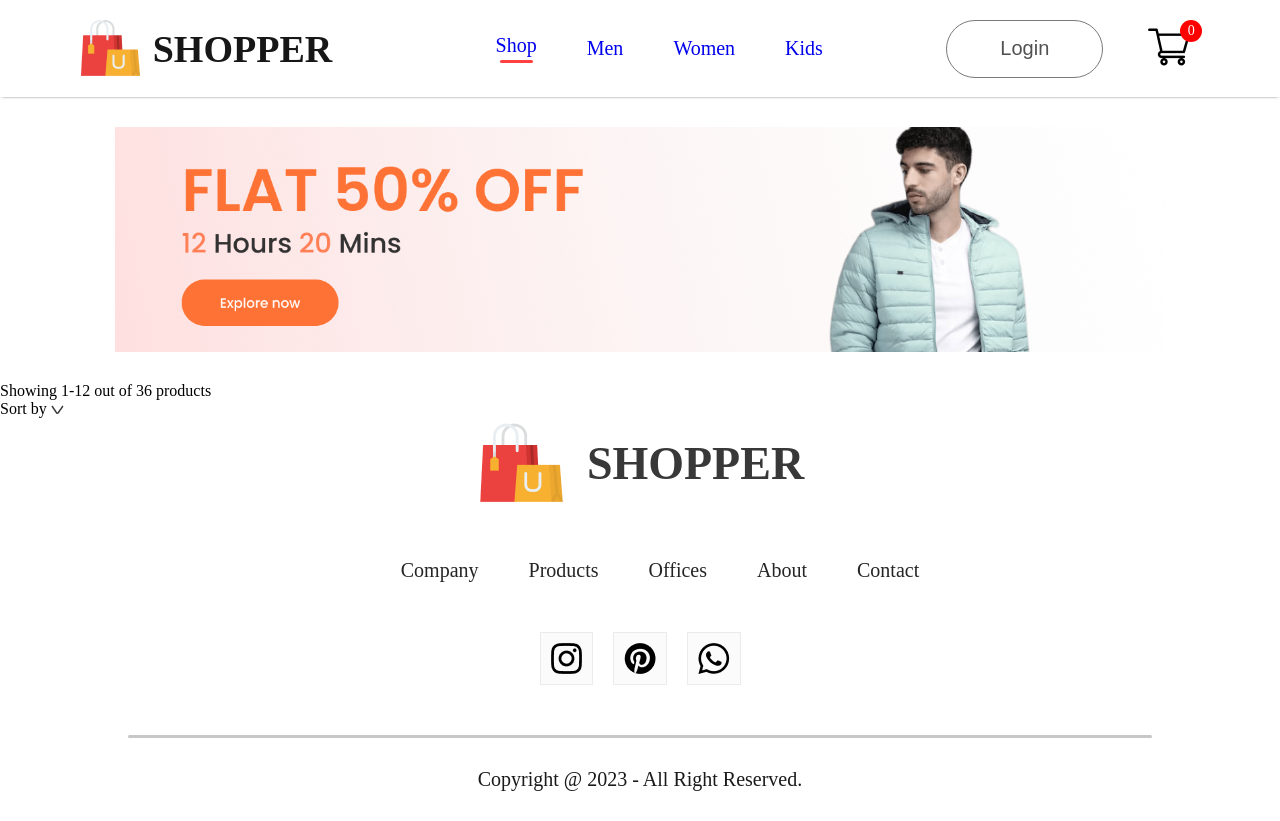
Repository: Ego-Wolf/Deploy-Reactjs-Websites
Page: /mens
These files come from the project's save history. The page is drawn as it stood at one moment and after the next save; the edit follows.
The browser window is 1280 px wide. The pictures show the whole page.
The project was rebuilt for these pictures with package versions that can differ from the ones it lists, and the page was loaded fresh each time. Also part of the build but not shown: src/App.css, src/Components/Hero/Hero.css, src/Components/Hero/Hero.jsx, src/Components/Popular/Popular.css, src/Components/Assets/data.js, src/Components/Item/Item.css, src/Components/Item/Item.jsx, src/Components/Popular/Popular.jsx and 10 more. Imported but missing from the stored project, and not drawn on this page: src/Pages/Cart.

Above is the page before, as saved 2023-11-17 23:24:14.

### public/index.html
<!DOCTYPE html>
<html lang="en">
  <head>
    <meta charset="utf-8" />
    <link rel="icon" href="%PUBLIC_URL%/favicon.ico" />
    <meta name="viewport" content="width=device-width, initial-scale=1" />
    <meta name="theme-color" content="#000000" />
    <meta
      name="description"
      content="Web site created using create-react-app"
    />
    <link rel="apple-touch-icon" href="%PUBLIC_URL%/logo192.png" />
    <!--
      manifest.json provides metadata used when your web app is installed on a
      user's mobile device or desktop. See https://developers.google.com/web/fundamentals/web-app-manifest/
    -->
    <link rel="manifest" href="%PUBLIC_URL%/manifest.json" />

    <!--
      Notice the use of %PUBLIC_URL% in the tags above.
      It will be replaced with the URL of the `public` folder during the build.
      Only files inside the `public` folder can be referenced from the HTML.

      Unlike "/favicon.ico" or "favicon.ico", "%PUBLIC_URL%/favicon.ico" will
      work correctly both with client-side routing and a non-root public URL.
      Learn how to configure a non-root public URL by running `npm run build`.
    -->
    <title>E-Commerce</title>
  </head>
  <body>
    <noscript>You need to enable JavaScript to run this app.</noscript>
    <div id="root"></div>
    <!--
      This HTML file is a template.
      If you open it directly in the browser, you will see an empty page.

      You can add webfonts, meta tags, or analytics to this file.
      The build step will place the bundled scripts into the <body> tag.

      To begin the development, run `npm start` or `yarn start`.
      To create a production bundle, use `npm run build` or `yarn build`.
    -->
  </body>
</html>

### src/index.js
import React from 'react';
import ReactDOM from 'react-dom/client';
import './index.css';
import App from './App';
import reportWebVitals from './reportWebVitals';
import ShopContextProvider from './Context/ShopContext'

const root = ReactDOM.createRoot(document.getElementById('root'));
root.render(
  <ShopContextProvider>
    <App />
  </ShopContextProvider>
);

// If you want to start measuring performance in your app, pass a function
// to log results (for example: reportWebVitals(console.log))
// or send to an analytics endpoint. Learn more: https://bit.ly/CRA-vitals
reportWebVitals();

### src/App.js
import './App.css';
import { Navbar } from './Components/Navbar/Navbar';
import { BrowserRouter, Routes, Route } from 'react-router-dom';
import Shop from './Pages/Shop';
import ShopCategory  from './Pages/ShopCategory';
import Product from './Pages/Product';
import Cart from './Pages/Cart';
import LoginSignup from './Pages/LoginSignup';
import Footer from './Components/Footer/Footer';
import men_banner from './Components/Assets/banner_mens.png'
import women_banner from './Components/Assets/banner_women.png'
import kid_banner from './Components/Assets/banner_kids.png'


function App() {
  return (
    <div>
      <BrowserRouter>
      <Navbar/>
      <Routes>
        <Route path='/' element={<Shop/>}/>
        <Route path='/mens' element={<ShopCategory banner={men_banner} category="mens"/>}/>
        <Route path='/womens' element={<ShopCategory banner={women_banner}  category="women"/>}/>
        <Route path='/kids' element={<ShopCategory banner={kid_banner} category="kids"/>}/>
        <Route path="product" element={<Product/>}>
          <Route path='"productId' element={<Product/>}/>
        </Route>
        <Route path='/cart' element={<Cart/>}/>
        <Route path='/login' element={<LoginSignup/>}/>
      </Routes>
      <Footer/>
      </BrowserRouter>
    </div>
  );
}

export default App;

### src/Context/ShopContext.jsx
import React, {createContext} from 'react';
import all_product from '../Components/Assets/all_product';

export const ShopContext = createContext(null);

const ShopContextProvider = (props)=>{
    const contextValue = {all_product};

    return (
        <ShopContext.Provider value={contextValue}>
            {props.children}
        </ShopContext.Provider>
    )
}

export default ShopContextProvider;

### src/Components/Navbar/Navbar.jsx
import React, {useState} from 'react'
import './Navbar.css'
import logo from '../Assets/logo.png'
import cart_icon from '../Assets/cart_icon.png'
import { Link } from 'react-router-dom'

export const Navbar = () => {
    const [menu,setMenu] = useState("shop");

  return (
    <div className='navbar'>
        <div className="nav-logo">
            <img src={logo} alt="" />
            <p>SHOPPER</p>
        </div>
        <ul className="nav-menu">
            <li onClick={()=>{setMenu("shop")}}><Link style={{textDecoration: 'none'}} to='/'>Shop</Link>{menu==="shop"?<hr/>:<></>}</li>
            <li onClick={()=>{setMenu("mens")}}><Link style={{textDecoration: 'none'}} to='/mens'>Men</Link>{menu==="mens"?<hr/>:<></>}</li>
            <li onClick={()=>{setMenu("womens")}}><Link style={{textDecoration: 'none'}} to='/womens'>Women</Link>{menu==="womens"?<hr/>:<></>}</li>
            <li onClick={()=>{setMenu("kids")}}><Link style={{textDecoration: 'none'}} to='/kids'>Kids</Link>{menu==="kids"?<hr/>:<></>}</li>
        </ul>
        <div className="nav-login-cart">
            <Link to='/login'><button>Login</button></Link>
            <Link to='/cart'><img src={cart_icon} alt="" /></Link>
            <div className="nav-cart-count">0</div>
        </div>
    </div>
  )
}

### src/Pages/ShopCategory.jsx
import React, { useContext} from 'react'
import './CSS/ShopCategory.css'
import { ShopContext } from '../Context/ShopContext'
import dropdown_icon from "../Components/Assets/dropdown_icon.png"
import Item from '../Components/Item/Item'



const ShopCategory = (props) => {
  const {all_product} = useContext(ShopContext);
  return (
    <div className='shop-category'>
      <img className='shopcategory-banner' src={props.banner} alt="" />
      <div className="shopcategory-indexSort">
        <p>
          <span>Showing 1-12</span> out of 36 products
        </p>
        <div className="shopcategory-sort">
          Sort by <img src={dropdown_icon} alt="" />
        </div>
      </div>
      <div className="shopcategory-products">
        {all_product.map((item, i)=>{
          if (props.category===item.category) {
            return <Item key={i} id={item.id} name={item.name} image={item.image} new_price={item.new_price} old_price={item.old_price} />
          }
          else {
            return null;
          }
        })}
      </div>
    </div>
  )
}

export default ShopCategory

### src/Components/Footer/Footer.jsx
import React from 'react'
import './Footer.css'
import footer_logo from '../Assets/logo_big.png'
import instagram_icon from '../Assets/instagram_icon.png'
import pintester_icon from '../Assets/pintester_icon.png'
import whatsapp_icon from '../Assets/whatsapp_icon.png'


const Footer = () => {
  return (
    <div className='footer'>
        <div className="footer-logo">
            <img src={footer_logo} alt="" />
            <p>SHOPPER</p>
        </div>
        <ul className="footer-links">
            <li>Company</li>
            <li>Products</li>
            <li>Offices</li>
            <li>About</li>
            <li>Contact</li>
        </ul>
        <div className="footer-social-icon">
            <div className="footer-icons-container">
                <img src={instagram_icon} alt="" />
            </div>
            <div className="footer-icons-container">
                <img src={pintester_icon} alt="" />
            </div>
            <div className="footer-icons-container">
                <img src={whatsapp_icon} alt="" />
            </div>
        </div>

        <div className="footer-copyright">
            <hr />
            <p>Copyright @ 2023 - All Right Reserved.</p>
        </div>
    </div>
  )
}

export default Footer

### src/Components/Assets/all_product.js
import p1_img from "./product_1.png";
import p2_img from "./product_2.png";
import p3_img from "./product_3.png";
import p4_img from "./product_4.png";
import p5_img from "./product_5.png";
import p6_img from "./product_6.png";
import p7_img from "./product_7.png";
import p8_img from "./product_8.png";
import p9_img from "./product_9.png";
import p10_img from "./product_10.png";
import p11_img from "./product_11.png";
import p12_img from "./product_12.png";
import p13_img from "./product_13.png";
import p14_img from "./product_14.png";
import p15_img from "./product_15.png";
import p16_img from "./product_16.png";
import p17_img from "./product_17.png";
import p18_img from "./product_18.png";
import p19_img from "./product_19.png";
import p20_img from "./product_20.png";
import p21_img from "./product_21.png";
import p22_img from "./product_22.png";
import p23_img from "./product_23.png";
import p24_img from "./product_24.png";
import p25_img from "./product_25.png";
import p26_img from "./product_26.png";
import p27_img from "./product_27.png";
import p28_img from "./product_28.png";
import p29_img from "./product_29.png";
import p30_img from "./product_30.png";
import p31_img from "./product_31.png";
import p32_img from "./product_32.png";
import p33_img from "./product_33.png";
import p34_img from "./product_34.png";
import p35_img from "./product_35.png";
import p36_img from "./product_36.png";

let all_product = [
  {
    id: 1,
    name: "Striped Flutter Sleeve Overlap Collar Peplum Hem Blouse",
    category: "women",
    image: p1_img,
    new_price: 50.0,
    old_price: 80.5,
  },
  {
    id: 2,
    name: "Striped Flutter Sleeve Overlap Collar Peplum Hem Blouse",
    category: "women",
    image: p2_img,
    new_price: 85.0,
    old_price: 120.5,
  },
  {
    id: 3,
    name: "Striped Flutter Sleeve Overlap Collar Peplum Hem Blouse",
    category: "women",
    image: p3_img,
    new_price: 60.0,
    old_price: 100.5,
  },
  {
    id: 4,
    name: "Striped Flutter Sleeve Overlap Collar Peplum Hem Blouse",
    category: "women",
    image: p4_img,
    new_price: 100.0,
    old_price: 150.0,
  },
  {
    id: 5,
    name: "Striped Flutter Sleeve Overlap Collar Peplum Hem Blouse",
    category: "women",
    image: p5_img,
    new_price: 85.0,
    old_price: 120.5,
  },
  {
    id: 6,
    name: "Striped Flutter Sleeve Overlap Collar Peplum Hem Blouse",
    category: "women",
    image: p6_img,
    new_price: 85.0,
    old_price: 120.5,
  },
  {
    id: 7,
    name: "Striped Flutter Sleeve Overlap Collar Peplum Hem Blouse",
    category: "women",
    image: p7_img,
    new_price: 85.0,
    old_price: 120.5,
  },
  {
    id: 8,
    name: "Striped Flutter Sleeve Overlap Collar Peplum Hem Blouse",
    category: "women",
    image: p8_img,
    new_price: 85.0,
    old_price: 120.5,
  },
  {
    id: 9,
    name: "Striped Flutter Sleeve Overlap Collar Peplum Hem Blouse",
    category: "women",
    image: p9_img,
    new_price: 85.0,
    old_price: 120.5,
  },
  {
    id: 10,
    name: "Striped Flutter Sleeve Overlap Collar Peplum Hem Blouse",
    category: "women",
    image: p10_img,
    new_price: 85.0,
    old_price: 120.5,
  },
  {
    id: 11,
    name: "Striped Flutter Sleeve Overlap Collar Peplum Hem Blouse",
    category: "women",
    image: p11_img,
    new_price: 85.0,
    old_price: 120.5,
  },
  {
    id: 12,
    name: "Striped Flutter Sleeve Overlap Collar Peplum Hem Blouse",
    category: "women",
    image: p12_img,
    new_price: 85.0,
    old_price: 120.5,
  },
  {
    id: 13,
    name: "Men Green Solid Zippered Full-Zip Slim Fit Bomber Jacket",
    category: "men",
    image: p13_img,
    new_price: 85.0,
    old_price: 120.5,
  },
  {
    id: 14,
    name: "Men Green Solid Zippered Full-Zip Slim Fit Bomber Jacket",
    category: "men",
    image: p14_img,
    new_price: 85.0,
    old_price: 120.5,
  },
  {
    id: 15,
    name: "Men Green Solid Zippered Full-Zip Slim Fit Bomber Jacket",
    category: "men",
    image: p15_img,
    new_price: 85.0,
    old_price: 120.5,
  },
  {
    id: 16,
    name: "Men Green Solid Zippered Full-Zip Slim Fit Bomber Jacket",
    category: "men",
    image: p16_img,
    new_price: 85.0,
    old_price: 120.5,
  },
  {
    id: 17,
    name: "Men Green Solid Zippered Full-Zip Slim Fit Bomber Jacket",
    category: "men",
    image: p17_img,
    new_price: 85.0,
    old_price: 120.5,
  },
  {
    id: 18,
    name: "Men Green Solid Zippered Full-Zip Slim Fit Bomber Jacket",
    category: "men",
    image: p18_img,
    new_price: 85.0,
    old_price: 120.5,
  },
  {
    id: 19,
    name: "Men Green Solid Zippered Full-Zip Slim Fit Bomber Jacket",
    category: "men",
    image: p19_img,
    new_price: 85.0,
    old_price: 120.5,
  },
  {
    id: 20,
    name: "Men Green Solid Zippered Full-Zip Slim Fit Bomber Jacket",
    category: "men",
    image: p20_img,
    new_price: 85.0,
    old_price: 120.5,
  },
  {
    id: 21,
    name: "Men Green Solid Zippered Full-Zip Slim Fit Bomber Jacket",
    category: "men",
    image: p21_img,
    new_price: 85.0,
    old_price: 120.5,
  },
  {
    id: 22,
    name: "Men Green Solid Zippered Full-Zip Slim Fit Bomber Jacket",
    category: "men",
    image: p22_img,
    new_price: 85.0,
    old_price: 120.5,
  },
  {
    id: 23,
    name: "Men Green Solid Zippered Full-Zip Slim Fit Bomber Jacket",
    category: "men",
    image: p23_img,
    new_price: 85.0,
    old_price: 120.5,
  },
  {
    id: 24,
    name: "Men Green Solid Zippered Full-Zip Slim Fit Bomber Jacket",
    category: "men",
    image: p24_img,
    new_price: 85.0,
    old_price: 120.5,
  },
  {
    id: 25,
    name: "Boys Orange Colourblocked Hooded Sweatshirt",
    category: "kid",
    image: p25_img,
    new_price: 85.0,
    old_price: 120.5,
  },
  {
    id: 26,
    name: "Boys Orange Colourblocked Hooded Sweatshirt",
    category: "kid",
    image: p26_img,
    new_price: 85.0,
    old_price: 120.5,
  },
  {
    id: 27,
    name: "Boys Orange Colourblocked Hooded Sweatshirt",
    category: "kid",
    image: p27_img,
    new_price: 85.0,
    old_price: 120.5,
  },
  {
    id: 28,
    name: "Boys Orange Colourblocked Hooded Sweatshirt",
    category: "kid",
    image: p28_img,
    new_price: 85.0,
    old_price: 120.5,
  },
  {
    id: 29,
    name: "Boys Orange Colourblocked Hooded Sweatshirt",
    category: "kid",
    image: p29_img,
    new_price: 85.0,
    old_price: 120.5,
  },
  {
    id: 30,
    name: "Boys Orange Colourblocked Hooded Sweatshirt",
    category: "kid",
    image: p30_img,
    new_price: 85.0,
    old_price: 120.5,
  },
  {
    id: 31,
    name: "Boys Orange Colourblocked Hooded Sweatshirt",
    category: "kid",
    image: p31_img,
    new_price: 85.0,
    old_price: 120.5,
  },
  {
    id: 32,
    name: "Boys Orange Colourblocked Hooded Sweatshirt",
    category: "kid",
    image: p32_img,
    new_price: 85.0,
    old_price: 120.5,
  },
  {
    id: 33,
    name: "Boys Orange Colourblocked Hooded Sweatshirt",
    category: "kid",
    image: p33_img,
    new_price: 85.0,
    old_price: 120.5,
  },
  {
    id: 34,
    name: "Boys Orange Colourblocked Hooded Sweatshirt",
    category: "kid",
    image: p34_img,
    new_price: 85.0,
    old_price: 120.5,
  },
  {
    id: 35,
    name: "Boys Orange Colourblocked Hooded Sweatshirt",
    category: "kid",
    image: p35_img,
    new_price: 85.0,
    old_price: 120.5,
  },
  {
    id: 36,
    name: "Boys Orange Colourblocked Hooded Sweatshirt",
    category: "kid",
    image: p36_img,
    new_price: 85.0,
    old_price: 120.5,
  },
];

export default all_product;

### src/Components/Navbar/Navbar.css
.navbar {
    display: flex;
    justify-content: space-around;
    padding: 16px;
    box-shadow: 0 1px 3px -2px black;
}

.nav-logo {
    display: flex;
    align-items: center;
    gap: 10px;
}

.nav-logo p {
    color: #171717;
    font-size: 38px;
    font-weight: 600;
}

.nav-menu {
    display: flex;
    align-items: center;
    list-style: none;
    gap: 50px;
    color: #626262;
    font-size: 20px;
    font-weight: 500;
}

.nav-menu li {
    display: flex;
    flex-direction: column;
    align-items: center;
    justify-content: center;
    gap: 3px;
    cursor: pointer;
}

.nav-menu hr {
    border: none;
    width: 80%;
    height: 3px;
    border-radius: 10px;
    background: #ff4141;
}

.nav-login-cart {
    display: flex;
    align-items: center;
    gap: 45px;
}

.nav-login-cart button {
    width: 157px;
    height: 58px;
    outline: none;
    border: 1px solid #7a7a7a;
    border-radius: 75px;
    color: #515151;
    font-size: 20px;
    font-weight: 500;
    background: white;
    cursor: pointer;
}

.nav-login-cart button:active {
    background: #f3f3f3;
}

.nav-cart-count {
    width: 22px;
    height: 22px;
    display: flex;
    justify-content: center;
    align-items: center;
    margin-top: -35px;
    margin-left: -55px;
    border-radius: 11px;
    font-size: 14px;
    background: red;
    color: white;
}

### src/Pages/CSS/ShopCategory.css
.shopcategory-banner {
    display: block;
    margin: 30px auto;
    width: 82%;
}

.shop

### src/Components/Footer/Footer.css
.footer {
    display: flex;
    flex-direction: column;
    justify-content: center;
    align-items: center;
    gap: 50px;
}

.footer-logo {
    display: flex;
    align-items: center;
    gap: 20px;
}

.footer-logo p {
    color: #383838;
    font-size: 46px;
    font-weight: 700;
}

.footer-links {
    display: flex;
    list-style: none;
    gap: 50px;
    color: #252525;
    font-size: 20px;
}

.footer-links li {
    cursor: pointer;
}

.footer-social-icon {
    display: flex;
    gap: 20px;
}

.footer-icons-container {
    padding: 10px;
    padding-bottom: 6px;
    background: #fbfbfb;
    border: 1px solid #ebebeb;
}

.footer-copyright {
    display: flex;
    flex-direction: column;
    align-items: center;
    gap: 30px;
    width: 100%;
    margin-bottom: 30px;
    color: #1a1a1a;
    font-size: 20px;
}

.footer-copyright hr {
    width: 80%;
    border: none;
    border-radius: 10px;
    height: 3px;
    background: #c7c7c7;
}

Loaded but not shown: src/index.css (common file); src/reportWebVitals.js (common file)

After the next save:
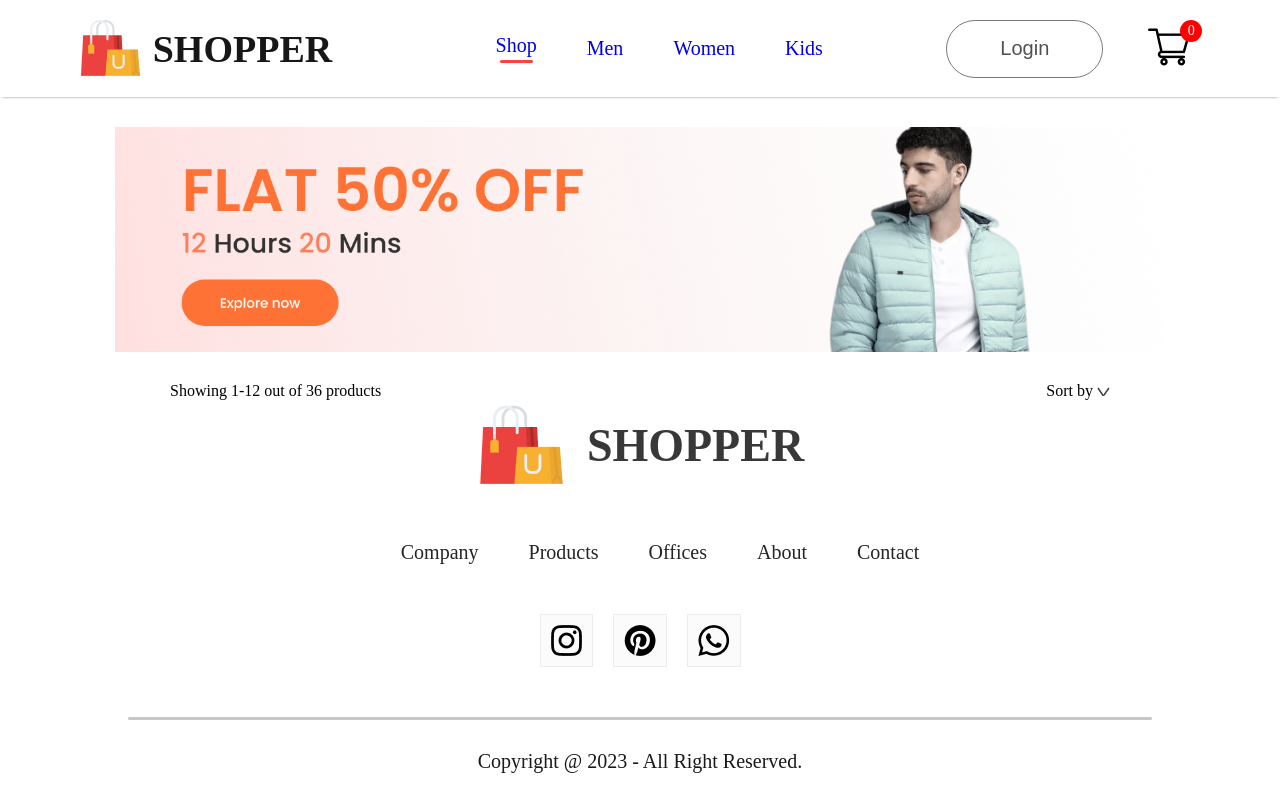
Saved 12 s later.
--- a/src/Pages/CSS/ShopCategory.css
+++ b/src/Pages/CSS/ShopCategory.css
@@ -4,4 +4,8 @@
     width: 82%;
 }
 
-.shop
+.shopcategory-indexSort {
+    display: flex;
+    margin: 0 170px;
+    justify-content: space-between;
+}
